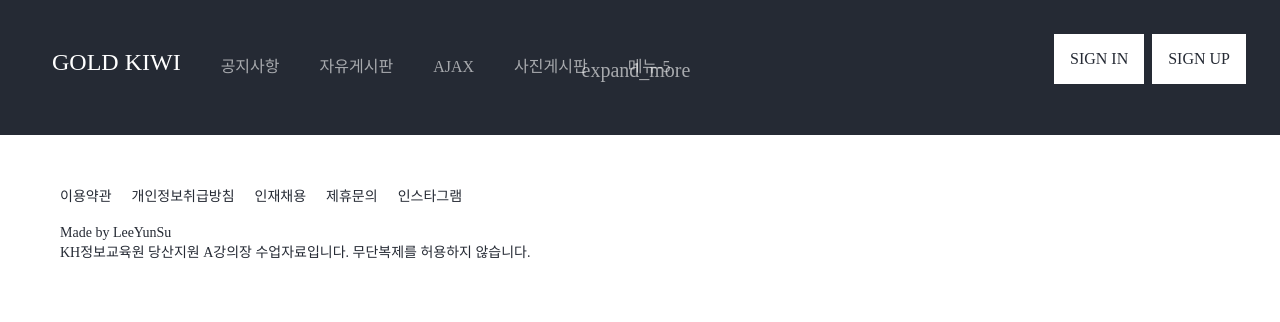
Repository: RiboKim/web-workspace
Page: http://localhost/07_mvc2WebProject/WEB-INF/views/board/BoardWriteFrm.jsp
The author's editor kept a copy of each file at every save. The page is drawn from the files as they stood at one save, then again after the next save.
The browser window is 1280 px wide. The pictures show the whole page.
Some web fonts or font styles are not loaded; a fallback is used. The page is served by Tomcat 9. Nobody is signed in. Other server files are loaded and not shown. The template is opened directly, without the code that normally fills it, so the values that code supplies are empty.

Above is the page before, as saved 2023-02-16 08:57:53.

### 07_mvc2WebProject/src/main/webapp/WEB-INF/views/board/BoardWriteFrm.jsp
<%@ page language="java" contentType="text/html; charset=UTF-8"
    pageEncoding="UTF-8"%>
<!DOCTYPE html>
<html>
<head>
<meta charset="UTF-8">
<title>Insert title here</title>
</head>
<body>
	<%@include file = "/WEB-INF/views/common/header.jsp" %>
	<div class="content-page">
		<div class="content-title"></div>
	</div>
	<%@include file = "/WEB-INF/views/common/footer.jsp" %>
</body>
</html>

### 07_mvc2WebProject/src/main/webapp/WEB-INF/views/common/header.jsp
<%@page import="kr.or.iei.member.model.vo.Member"%>
<%@ page language="java" contentType="text/html; charset=UTF-8"
    pageEncoding="UTF-8"%>
    <%
    	Member m = (Member)session.getAttribute("m");
    %>

	<!-- 구글 아이콘 -->
    <link href="https://fonts.googleapis.com/icon?family=Material+Icons" rel="stylesheet">
    <!-- jquery -->
    <script src="/js/jquery-3.6.0.js"></script>
    <!-- 기본 CSS -->
    <link rel="stylesheet" href="/css/default.css" />
    <!-- 기본 js -->
    <script src="/js/default.js"></script>

    <header>
      <div class="site-logo">
        <a href="/">GOLD KIWI</a>
      </div>
      <nav>
        <ul class="navi">
          <li><a href="/noticeList.do?requestPage=1">공지사항</a></li>
          <li><a href="/boardList.do?requestPage=1">자유게시판</a></li>
          <li><a href="/ajax.do">AJAX</a></li>
          <li><a href="/photoList.do">사진게시판</a></li>
          <li>
			<a href="#">메뉴-5</a>
            <ul class="sub-navi">
              <li><a href="/email.do">email</a></li>
              <li><a href="/map.do">지도</a></li>
              <li><a href="/pay.do">결제</a></li>
            </ul>
           </li>
        </ul>
      </nav>
      <div class="header-link">
      <%if(m == null){ %>
        <button class="btn bc11 modal-open-btn" target="#login-modal">SIGN IN</button>
        <a class="btn bc11" href="/signupFrm.do">SIGN UP</a>
      <%}else{ %>
      <%--<a class="btn bc11" href="/mypage1.do"><%=m.getMemberName() %></a> --%>
      <%--memberId를 mypage2.do로 넘겨주는거 --%>
      <a class="btn bc11" href="/mypage2.do?memberId=<%=m.getMemberId() %>"><%=m.getMemberName() %></a>

      <a class="btn bc11" href="/logout.do">LOGOUT</a>
      <%} %>
      </div>
    </header>
    <%if(m == null) {%>
    <div id="login-modal" class="modal-bg">
      <div class="modal-wrap">
        <div class="modal-head">
          <h2>SIGN IN</h2>
          <span class="material-icons close-icon modal-close">close</span>
        </div>
        <form action="/signin.do" method="post">
        <div class="modal-content">
          <div class="input-box">
          	<label for="signId">아이디</label>
          	<input type="text" name="signId" id="signId" class="input-form" placeholder="아이디입력">
          </div>
          <div class="input-box">
          	<label for="signPw">비밀번호</label>
          	<input type="password" name="signPw" id="signPw" class="input-form" placeholder="비밀번호입력">
          </div>
          <div class="input-box link-box">
          	<a href="#">아이디/비밀번호 찾기</a>
          </div>
        </div>
        <div class="modal-foot">
          <button type="submit" class="btn bc11">로그인</button>
          <button type="button" class="btn bc1 modal-close">취소</button>
        </div>
        </form>
      </div>
    </div>
    <%}%>

### 07_mvc2WebProject/src/main/webapp/WEB-INF/views/common/footer.jsp
<%@ page language="java" contentType="text/html; charset=UTF-8"
    pageEncoding="UTF-8"%>
	<footer>
      <div class="footer-content">
        <ul>
          <li><a href="#">이용약관</a></li>
          <li><a href="#">개인정보취급방침</a></li>
          <li><a href="#">인재채용</a></li>
          <li><a href="#">제휴문의</a></li>
          <li><a href="#">인스타그램</a></li>
        </ul>
        <p>Made by LeeYunSu</p>
        <p>
          KH정보교육원 당산지원 A강의장 수업자료입니다. 무단복제를 허용하지
          않습니다.
        </p>
      </div>
    </footer>

### 07_mvc2WebProject/src/main/webapp/css/default.css
/* 사용할 font 선언 */
@font-face {
  font-family: ns-thin;
  src: url(../font/NotoSansKR-Thin.otf);
}
@font-face {
  font-family: ns-light;
  src: url(../font/NotoSansKR-Light.otf);
}
@font-face {
  font-family: ns-m;
  src: url(../font/NotoSansKR-Medium.otf);
}
@font-face {
  font-family: ns-bold;
  src: url(../font/NotoSansKR-Bold.otf);
}
@font-face {
  font-family: ns-black;
  src: url(../font/NotoSansKR-Black.otf);
}
/*
    사이트 사용 색상
    balck : #252A34
    darkgray : #393E46
    lightgray : #EEEEEE
    dark-mint : #00ADB5
    mint : #08D9D6
    point-red : #FF2E63
    point-pink : #F85F73
    point-violet : #892CDC
*/
/* 전체태그 기본 margin, padding 제거 */
/* 기본 글씨 색 및 폰트 설정 */

* {
  margin: 0;
  padding: 0;
  color: #252a34;
  font-family: ns-m;
}
body {
  display: flex;
  flex-direction: column;
  min-height: 100vh;
}
/* 기본화면 레이아웃 */
a {
  text-decoration: none;
}
header {
  background-color: #252a34;
  padding: 32px;
  display: flex;
  min-width: 1200px;
}
header > *:not(.header-link) {
  float: left;
}
header > .site-logo {
  padding: 0px 20px;
}
header > .site-logo > a {
  color: #fff;
  font-family: ns-bold;
  font-size: 24px;
  line-height: 60px;
}
header > nav {
  flex-grow: 1;
}

header > nav > .navi {
  list-style-type: none;
}
header > nav > .navi > li {
  float: left;
  position: relative;
}
header > nav > .navi > li > a {
  display: block;
  color: rgba(255, 255, 255, 0.6);
  padding: 5px 20px;
  transition-duration: 0.5s;
  line-height: 60px;
}
header > nav > .navi > li:hover > a,
header > nav > .navi > li:hover > a + span {
  color: rgba(255, 255, 255, 1);
}
header > nav > .navi > li:hover > .sub-navi {
  display : block;
}
header > nav .sub-navi {
  position: absolute;
  background-color: #fff;
  list-style-type: none;
  display: none;
  border: 1px solid rgba(0, 0, 0, 0.2);
  left: 10px;
  min-width: 10rem;
}
header > nav .sub-navi > li {
  padding: 0.25rem 1rem;
}
header > nav .sub-navi > li > a {
  display: block;
}
header > nav .sub-navi > li:hover {
  background-color: rgba(0, 0, 0, 0.05);
}
.material-icons.dropdown {
  font-size: 20px;
  color: rgba(255, 255, 255, 0.6);
  position: absolute;
  right: 0px;
  top: 27px;
  transition-duration: 0.5s;
}
.material-icons.dropdown:hover {
  cursor: pointer;
}
.page-content {
  width: 1200px;
  margin: 30px auto;
  margin-bottom: 10px;
  flex-grow: 1;
}
.page-title {
  font-family: ns-bold;
  padding: 20px 0px;
  font-size: 1.5rem;
}
footer {
  padding: 50px;
  border-top: 1px solid #252a34;
}
footer > .footer-content {
  width: 1200px;
  margin: 0 auto;
  padding: 0px 10px;
}
footer > .footer-content * {
  font-size: 14px;
}
footer > .footer-content > ul {
  list-style-type: none;
  overflow: hidden;
  margin-bottom: 20px;
}
footer > .footer-content > ul > li {
  float: left;
}
footer > .footer-content > ul > li > a {
  padding-right: 20px;
}

/* font 클래스*/
.f-thin {
  font-family: ns-thin;
}
.f-light {
  font-family: ns-light;
}
.f-medium {
  font-family: ns-m;
}
.f-bold {
  font-family: ns-bold;
}
.f-black {
  font-family: ns-black;
}

/* 글씨 색 */
.fc-1 {
  color: #252a34;
}
.fc-2 {
  color: #393e46;
}
.fc-3 {
  color: #eeeeee;
}
.fc-4 {
  color: #00adb5;
}
.fc-5 {
  color: #08d9d6;
}
.fc-6 {
  color: #ff2e63;
}
.fc-7 {
  color: #f85f73;
}
.fc-8 {
  color: #892cdc;
}

/* 배경 색*/
.bg-1 {
  background-color: #252a34;
}
.bg-2 {
  background-color: #393e46;
}
.bg-3 {
  background-color: #eeeeee;
}
.bg-4 {
  background-color: #00adb5;
}
.bg-5 {
  background-color: #08d9d6;
}
.bg-6 {
  background-color: #ff2e63;
}
.bg-7 {
  background-color: #f85f73;
}
.bg-8 {
  background-color: #892cdc;
}

/* 테이블 디자인 */
.tbl {
  width: 100%;
  border-spacing: 0px;
  border-collapse: collapse;
}
.tbl th,
.tbl td {
  padding: 1rem;
  text-align: center;
}
.tbl .tr-1 {
  background-color: rgba(255, 255, 255, 1);
}
.tbl .tr-2 {
  background-color: rgba(57, 62, 70, 0.1);
}
.tbl .tr-3 {
  background-color: rgba(0, 173, 181, 0.1);
}
.tbl .tr-4 {
  background-color: rgba(137, 44, 220, 0.1);
}
.tbl .tr-5 {
  background-color: rgba(255, 46, 999, 0.1);
}
.tbl .td-1 {
  background-color: rgba(255, 255, 255, 1);
}
.tbl .td-2 {
  background-color: rgba(57, 62, 70, 0.1);
}
.tbl .td-3 {
  background-color: rgba(0, 173, 181, 0.1);
}
.tbl .td-4 {
  background-color: rgba(137, 44, 220, 0.1);
}
.tbl .td-5 {
  background-color: rgba(255, 46, 999, 0.1);
}
.tbl.tbl-hover .tr-1:hover {
  background-color: rgba(0, 0, 0, 0.05);
}
.tbl.tbl-hover .tr-2:hover {
  background-color: rgba(57, 62, 70, 0.15);
}
.tbl.tbl-hover .tr-3:hover {
  background-color: rgba(0, 173, 181, 0.15);
}
.tbl.tbl-hover .tr-4:hover {
  background-color: rgba(137, 44, 220, 0.15);
}
.tbl.tbl-hover .tr-5:hover {
  background-color: rgba(255, 46, 999, 0.15);
}

/* 버튼 디자인 */
.btn {
  border: none;
  padding: 1rem;
  display: inline-block;
  box-sizing: border-box;
  transition-duration: 0.5s;
  font-size: 16px;
  font-family: ns-light;
}
.bc1 {
  background-color: rgba(37, 42, 52, 0.9);
  color: #fff;
  border: 2px solid rgba(37, 42, 52, 0.9);
}
.bc1:hover {
  background-color: rgba(37, 42, 52, 1);
  cursor: pointer;
}
.bc2 {
  background-color: rgba(57, 62, 70, 0.9);
  color: #fff;
  border: 2px solid rgba(57, 62, 70, 0.9);
}
.bc2:hover {
  background-color: rgba(57, 62, 70, 1);
  cursor: pointer;
}
.bc3 {
  background-color: rgba(238, 238, 238, 0.9);
  color: #252a34;
  border: 2px solid rgba(238, 238, 238, 0.9);
}
.bc3:hover {
  background-color: rgba(238, 238, 238, 1);
  cursor: pointer;
}
.bc4 {
  background-color: rgba(0, 173, 181, 0.9);
  color: #fff;
  border: 2px solid rgba(0, 173, 181, 0.9);
}
.bc4:hover {
  background-color: rgba(0, 173, 181, 1);
  cursor: pointer;
}
.bc5 {
  background-color: rgba(8, 217, 214, 0.9);
  color: #fff;
  border: 2px solid rgba(8, 217, 214, 0.9);
}
.bc5:hover {
  background-color: rgba(8, 217, 214, 1);
  cursor: pointer;
}
.bc6 {
  background-color: rgba(255, 46, 99, 0.9);
  color: #fff;
  border: 2px solid rgba(255, 46, 99, 0.9);
}
.bc6:hover {
  background-color: rgba(255, 46, 99, 1);
  cursor: pointer;
}
.bc7 {
  background-color: rgba(248, 95, 115, 0.9);
  color: #fff;
  border: 2px solid rgba(248, 95, 115, 0.9);
}
.bc7:hover {
  background-color: rgba(248, 95, 115, 1);
  cursor: pointer;
}
.bc8 {
  background-color: rgba(137, 44, 220, 0.9);
  color: #fff;
  border: 2px solid rgba(137, 44, 220, 0.9);
}
.bc8:hover {
  background-color: rgba(137, 44, 220, 1);
  cursor: pointer;
}
.bc11 {
  color: rgba(37, 42, 52, 1);
  background-color: #fff;
  border: 2px solid rgba(37, 42, 52, 1);
}
.bc11:hover {
  background-color: rgba(37, 42, 52, 1);
  cursor: pointer;
  color: #fff;
}
.bc22 {
  color: rgba(57, 62, 70, 1);
  background-color: #fff;
  border: 2px solid rgba(57, 62, 70, 1);
}
.bc22:hover {
  background-color: rgba(57, 62, 70, 1);
  cursor: pointer;
  color: #fff;
}
.bc33 {
  color: rgba(37, 42, 52, 1);
  background-color: #fff;
  border: 2px solid rgba(238, 238, 238, 1);
}
.bc33:hover {
  background-color: rgba(238, 238, 238, 1);
  cursor: pointer;
  color: rgba(37, 42, 52, 1);
}
.bc44 {
  color: rgba(0, 173, 181, 1);
  background-color: #fff;
  border: 2px solid rgba(0, 173, 181, 1);
}
.bc44:hover {
  background-color: rgba(0, 173, 181, 1);
  color: #fff;
  cursor: pointer;
}
.bc55 {
  color: rgba(8, 217, 214, 1);
  background-color: #fff;
  border: 2px solid rgba(8, 217, 214, 1);
}
.bc55:hover {
  background-color: rgba(8, 217, 214, 1);
  color: #fff;
  cursor: pointer;
}
.bc66 {
  color: rgba(255, 46, 99, 1);
  background-color: #fff;
  border: 2px solid rgba(255, 46, 99, 1);
}
.bc66:hover {
  background-color: rgba(255, 46, 99, 1);
  color: #fff;
  cursor: pointer;
}
.bc77 {
  color: rgba(248, 95, 115, 1);
  background-color: #fff;
  border: 2px solid rgba(248, 95, 115, 1);
}
.bc77:hover {
  background-color: rgba(248, 95, 115, 1);
  color: #fff;
  cursor: pointer;
}
.bc88 {
  color: rgba(137, 44, 220, 1);
  background-color: #fff;
  border: 2px solid rgba(137, 44, 220, 1);
}
.bc88:hover {
  background-color: rgba(137, 44, 220, 1);
  color: #fff;
  cursor: pointer;
}
.bs1 {
  padding: 1rem;
}
.bs2 {
  padding: 1.5rem;
  font-size: 1.1em;
}
.bs3 {
  padding: 2rem;
  font-size: 1.2em;
}
.bs4 {
  width: 100%;
  padding: 2rem;
  font-size: 1.2em;
}
/* input 디자인 */
.input-form {
  width: 100%;
  display: block;
  padding: 0.8rem;
  background-color: #fff;
  outline: none;
  border: 1px solid #ccc;

  box-sizing: border-box;
}
.input-form:focus {
  box-shadow: 0 0 0 0.1rem #eee;
}

textarea.input-form {
  resize: none;
  min-height: 300px;
}
.input-form:read-only:not(select),
.input-form:disabled {
  background-color: #f7f7f9;
}
/* 페이징 디자인 */
.pagination {
  list-style-type: none;
  display: flex;
  justify-content: center;
  align-items: center;
}
.pagination > li {
  width: 40px;
  height: 40px;
  text-align: center;
  line-height: 40px;
  overflow: hidden;
}
.pagination.circle-style > li {
  border-radius: 50%;
}
.pagination > li > a.page-item {
  display: block;
  width: 100%;
  height: 100%;
  font-size: 18px;
}
.pagination > li > a.page-item > span.material-icons {
  display: block;
  width: 100%;
  height: 100%;
  line-height: 40px;
}
.pagination .page-item.active-page {
  background-color: #252a34;
  color: #fff;
}
/*게시물 표현*/
.posting-wrap {
  display: flex;
  flex-wrap: wrap;
}
.posting-wrap .posting-item {
  box-sizing: border-box;
  width: calc(100% / 5);
  padding: 20px;
}
.posting-wrap .posting-item .posting-img img {
  width: 100%;
  height: 200px;
}
.posting-wrap .posting-item .posting-content {
  width: 80%;
  margin: 0 auto;
}
.posting-wrap .posting-item:hover {
  box-shadow: 0 2px 10px 0 rgba(0, 0, 0, 0.2);
}
/* 댓글 */
.posting-comment {
  display: flex;
  border-top: 2px solid #ccc;

  list-style-type: none;
}
.posting-comment > li {
  box-sizing: border-box;
}
.posting-comment > li:first-child {
  width: 15%;
  display: flex;
  justify-content: center;
  align-items: center;
  min-height: 100px;
  border-right: 1px solid #ccc;
}
.posting-comment.reply > li:first-child {
  width: 20%;
}
.posting-comment > li:first-child .material-icons {
  font-size: 80px;
  color: #ccc;
}
.posting-comment.reply > li:first-child .material-icons:first-child {
  font-size: 40px;
  color: #ccc;
}
.posting-comment.reply > li:last-child {
  display: flex;
  flex-direction: column;
  width: 80%;
}
.posting-comment > li:last-child {
  display: flex;
  flex-direction: column;
  width: 85%;
}
.posting-comment > li:last-child > p {
  width: 100%;
  padding: 5px;
  box-sizing: border-box;
}
.posting-comment > li:last-child > .comment-info > span {
  padding: 0px 10px;
}
.posting-comment > li:last-child > .comment-info > span:not(:last-child) {
  border-right: 2px solid #ccc;
}
.posting-comment > li:last-child > .comment-content {
  padding: 0px 15px;
}
.posting-comment > li:last-child > .comment-link {
  text-align: right;
}
.posting-comment > li:last-child > .comment-link > a {
  margin: 0px 5px;
}
.posting-comment > li:last-child > .comment-link > a:hover {
  text-decoration: underline;
}

/*모달*/
.modal-bg {
  background-color: rgba(0, 0, 0, 0.3);
  position: fixed;
  width: 100%;
  height: 100vh;
  display: none;
  align-items: center;
  flex-direction: column;
}
.modal-wrap {
  margin-top: 150px;
  width: 600px;
  background: #fff;
  height: auto;
}
.modal-wrap div {
  padding: 1rem;
}
.modal-wrap div:not(:last-child) {
  border-bottom: 1px solid #ccc;
}
.modal-wrap .modal-foot {
  text-align: right;
}
.modal-wrap div.modal-head {
  position: relative;
}
.close-icon {
  position: absolute;
  top: 16px;
  right: 16px;
  font-size: 30px;
}
.close-icon:hover {
  cursor: pointer;
}

### 07_mvc2WebProject/src/main/webapp/js/default.js
$(function () {
  $(document).on("click", ".modal-open-btn", function () {
    $($(this).attr("target")).css("display", "flex");
  });
  $(document).on("click", ".modal-close", function () {
    $(this).parents(".modal-wrap").parent().css("display", "none");
  });
  $(".sub-navi").prev().after("<span class='material-icons dropdown'>expand_more</span>");
});
function alertFunc(icon){
	swal({
        title: '제목',
        text: '내용내용내용',
        icon: icon
      });
      //이후 페이지 이동 시 추가
      /*
      .then(function(){
    	 window.location = "${loc}";
      });
      */
}

Loaded but not shown: 07_mvc2WebProject/src/main/webapp/js/jquery-3.6.0.js (library)

After the next save:
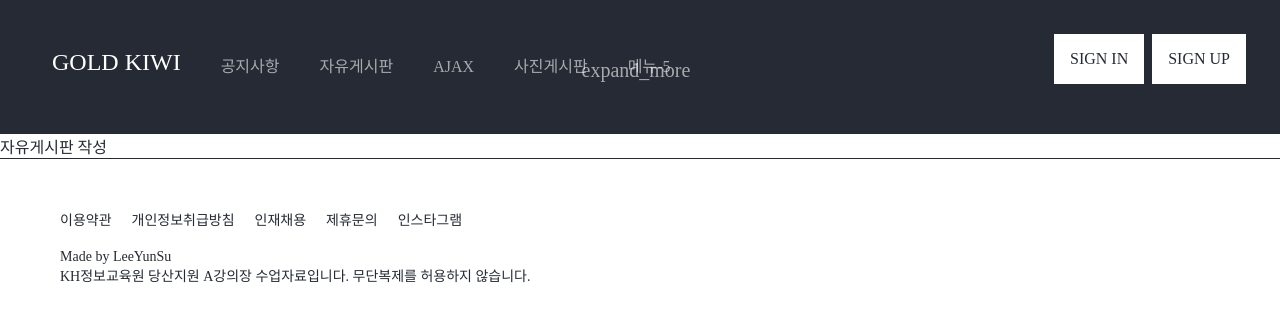
Saved 15 s later.
--- a/07_mvc2WebProject/src/main/webapp/WEB-INF/views/board/BoardWriteFrm.jsp
+++ b/07_mvc2WebProject/src/main/webapp/WEB-INF/views/board/BoardWriteFrm.jsp
@@ -9,7 +9,7 @@
 <body>
 	<%@include file = "/WEB-INF/views/common/header.jsp" %>
 	<div class="content-page">
-		<div class="content-title"></div>
+		<div class="content-title">자유게시판 작성</div>
 	</div>
 	<%@include file = "/WEB-INF/views/common/footer.jsp" %>
 </body>
